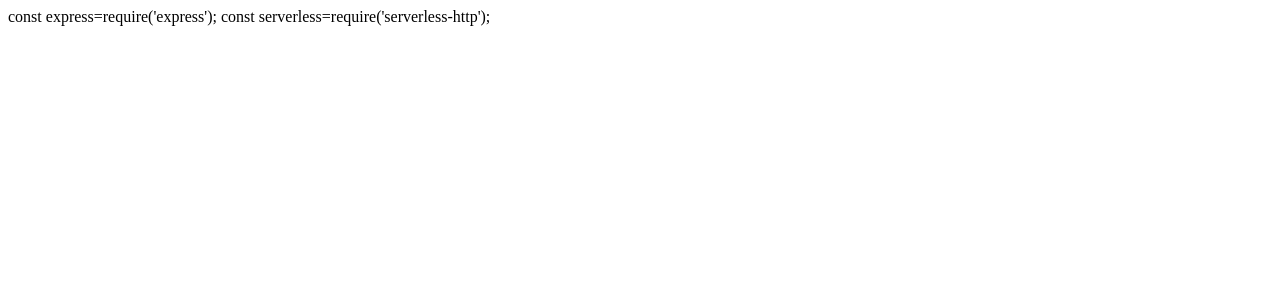
Repository: UUUnknownUser/ABCTEST
Page: dist/index.html
The author's editor kept a copy of each file at every save. The page is drawn from the files as they stood at one save, then again after a run of saves.
The browser window is 1280 px wide. The pictures show the whole page.

Above is the page before, as saved 2022-12-09 01:18:15.

### dist/index.html
const express=require('express');
const serverless=require('serverless-http');

After the next 5 saves:
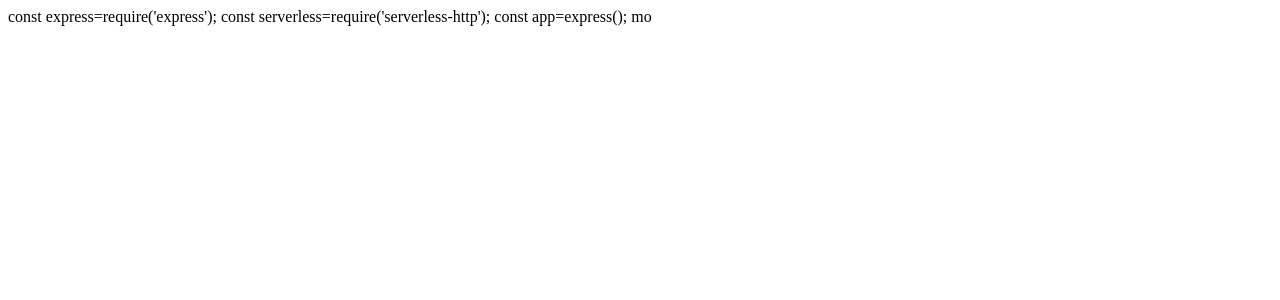
The 5 saves are shown as one change because they came seconds apart.
The last was saved 11 s later.
--- a/dist/index.html
+++ b/dist/index.html
@@ -1,2 +1,6 @@
 const express=require('express');
 const serverless=require('serverless-http');
+
+const app=express();
+
+mo
